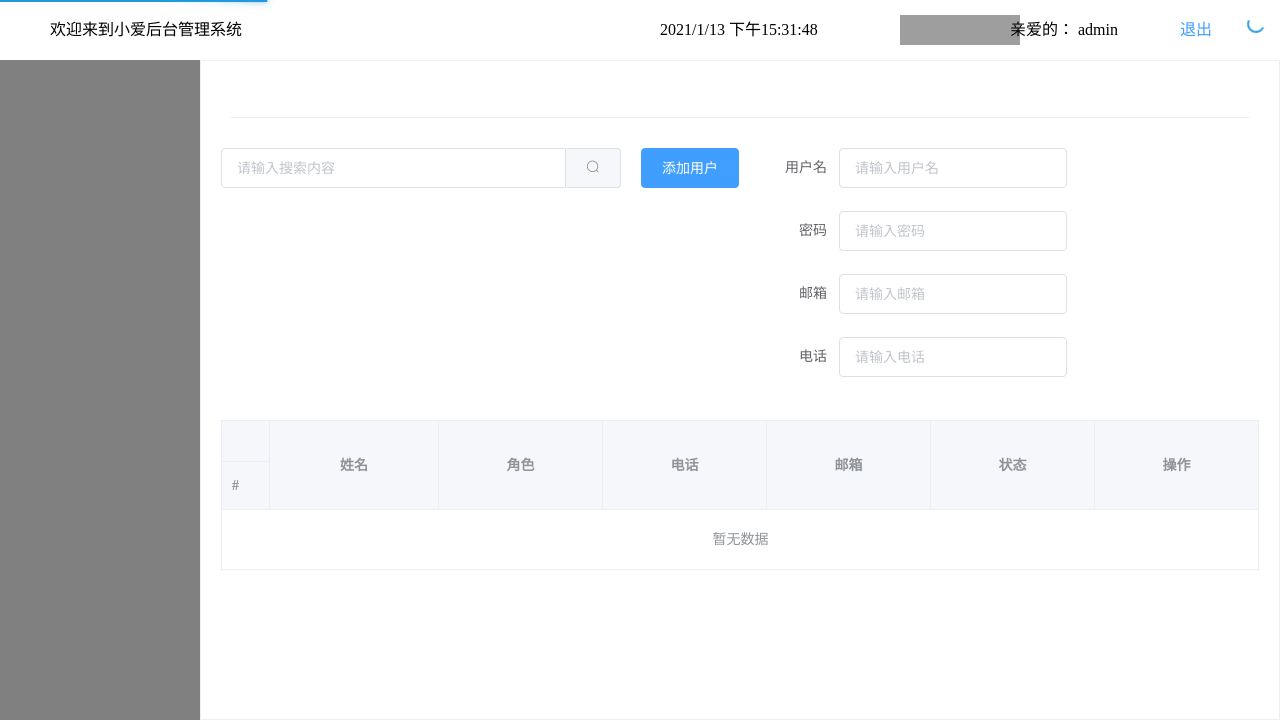
Repository: heyegang/vuex
Page: /usermanagement
An editor plug-in stored every save of this project. The page is shown before and after the next save, followed by the edit.
The browser window is 1280 px wide. The pictures show the whole page.
Pictures or frames that could not be fetched are drawn as grey boxes. The page's requests for data from a server got no answer. The project was rebuilt for these pictures with package versions that can differ from the ones it lists, and the page was loaded fresh each time. No one was signed in, and anything a server would have sent is missing. Also part of the build but not shown: vue.config.js, src/views/Home.vue, src/components/navsidebar/NavSidebar.vue.

Above is the page before, as saved 2021-01-13 16:23:18.

### src/main.js
import Vue from "vue";
import App from "./App.vue";
import router from "./router";
import store from "./store";
import ElementUI from "element-ui";
import "element-ui/lib/theme-chalk/index.css"

Vue.use(ElementUI)
Vue.config.productionTip = false;

new Vue({
  router,
  store,
  render: h => h(App)
}).$mount("#app");

### src/App.vue
<template>
  <div id="app">
    <router-view />
  </div>
</template>

<style lang="scss">
*{
  margin: 0;
  padding: 0;
}
html,body,#app{
  height: 100%;
}
</style>

### src/router/index.js
import Vue from "vue";
import VueRouter from "vue-router";
import Home from "../views/Home.vue";
import Layout from "../views/layout/Layout.vue";

Vue.use(VueRouter);

const routes = [
  {
   path:"",
  component:Layout,
  children:[{
    path: "/",
    name: "Home",
    component: Home
  },
  {
    path: "/usermanagement",
    name: "usermanagement",
    component: () => import('../views/usermanagement/UserManagement.vue')
  },

  ]},
  {
    path: "/login",
    name: "login",
    component: () => import('../views/login/Login.vue')
  },
];

const router = new VueRouter({
  mode: "history",
  base: process.env.BASE_URL,
  routes
});

export default router;

### src/store/index.js
import Vue from "vue";
import Vuex from "vuex";
import user from "./user";
import layout from "./layout";
import Administration from "./Administration/Administration"
Vue.use(Vuex);

export default new Vuex.Store({
  state: {
    // 存放数据
  },
  mutations: {
    // 同步修改state
  },
  actions: {},
  modules: {
    // 代表模块
    user,
    layout,
    Administration,
  }
});

### src/views/layout/Layout.vue
<template>
  <div>
    <el-container>
      <el-header>
        <nav-header></nav-header>
      </el-header>
      <el-container>
        <el-aside width="200px">
          <nav-sidebar :layouts='layouts' v-if='layouts.length>0'></nav-sidebar>
        </el-aside>
        <el-main>
          <nav-label></nav-label>
          <router-view></router-view>
        </el-main>
      </el-container>
    </el-container>
  </div>
</template>

<script>
import NavHeader from "../../components/navheader/NavHeader";
import NavSidebar from "../../components/navsidebar/NavSidebar";
import NavLabel from "../../components/navlabel/NavLabel";
import {createNamespacedHelpers} from 'vuex'
let userModule = createNamespacedHelpers('layout')
let {mapState: layoutState,mapActions: layoutActions} = userModule
export default {
  name: "",
  props: {},
  data() {
    return {
      sidebars:[]
    };
  },
  components: {
    NavHeader,
    NavSidebar,
    NavLabel,
  },
  methods: {
    ...layoutActions(['gettype'])
  },
  mounted() {
    this.gettype()
  },
  computed: {
    ...layoutState(['layouts'])
  },
  watch: {}
};
</script>

<style lang='scss' scoped>
.el-header,
.el-footer {
  line-height: 60px;
}

.el-aside {
  position: fixed;
  top: 60px;
  bottom: 0;
  background-color: gray;
}

.el-main {
  position: fixed;
  bottom: 0;
  right: 0;
  top: 60px;
  left: 200px;
  border: 1px solid #eeeeee;
}

body > .el-container {
  margin-bottom: 40px;
}

.el-container:nth-child(5) .el-aside,
.el-container:nth-child(6) .el-aside {
  line-height: 260px;
}

.el-container:nth-child(7) .el-aside {
  line-height: 320px;
}
</style>

### src/views/usermanagement/UserManagement.vue
<template>
  <div class="back">
    <!-- SEARCH -->
    <ai-search :data="StrSearch" :options="options">
      <template #searchs>
        <el-input
          placeholder="请输入搜索内容"
          v-model="input2"
          style="width:400px"
          :validate-event="false"
        >
          <template slot="append">
            <div @click="search">
              <i class="el-icon-search"></i>
            </div>
          </template>
        </el-input>
      </template>
      <!-- ADD -->
      <template #adds>
        <el-button type="primary" @click="TakeoutUsers">添加用户</el-button>
      </template>
      <template #btn>
        <el-button type="danger">取消</el-button>
        <el-button type="primary">确定</el-button>
      </template>
    </ai-search>

    <!-- TAB -->
    <ai-table
      :data="Administrations"
      :columns="columns"
      border
      :extend="extend"
    >
      <template #action="scope">
        <el-button type="primary" @click="edit(scope.scope)" size="mini">
          <i class="el-icon-edit"></i>
        </el-button>
        <el-button type="danger" @click="cls" size="mini">
          <i class="el-icon-delete"></i>
        </el-button>
        <el-button type="warning" @click="distribution" size="mini">
          <i class="el-icon-setting"></i>
        </el-button>
      </template>

      <template #switchs>
        <el-switch :v-model="value"> </el-switch>
      </template>
    </ai-table>
  </div>
</template>

<script>
import { createNamespacedHelpers } from "vuex";
let userModule = createNamespacedHelpers("Administration");
let { mapState: AdmState, mapActions: AdmActions } = userModule;
import AiTable from "../../components/aitable/AiTable";
import AiSearch from "../../components/aisearch/AiSearch";
export default {
  name: "",
  props: {},
  data() {
    return {
      value: true,
      pagenum: 1,
      pagesize: 5,
      query: "",
      // 表格配置项
      columns: [
        {
          label: "姓名",
          prop: "username",
          align: "center"
        },
        {
          label: "角色",
          prop: "role_name",
          align: "center"
        },
        {
          label: "电话",
          prop: "mobile",
          align: "center"
        },
        {
          label: "邮箱",
          prop: "email",
          align: "center"
        },
        {
          label: "状态",
          prop: "mg_state",
          align: "center",
          slot: "switchs"
        },
        {
          label: "操作",
          prop: "",
          align: "center",
          slot: "action"
        }
      ],
      // 序号项
      extend: [
        {
          type: "index",
          label: "#"
        }
      ],
      // 表单配置项
      options: [
        {
          // 用户名框
          // 表单类型
          type: "input",
          label: "用户名",
          prop: "username",
          placeholder:"请输入用户名",
          // 输入内容
          value: "",
          // 规则
          rules:[
            {
              // 必传
              require: true,
              // 提示
              message: "用户名不能为空",
              // 失去焦点后提交
              trigger: "blur"
            }
          ],
          // 除了props里面之外接受其他的属性

        },
        {
          // 密码框
          type: "input",
          label: "密码",
          prop: "password",
          placeholder:'请输入密码',
          value: "",
          rules: [
            {
              require: true,
              message: "密码不能为空",
              trigger: "blur"
            }
          ],
          attrs: {
            "show-password": true
          }
        },
        {
          // 邮箱框
          type: "input",
          label: "邮箱",
          prop: "email",
          placeholder:'请输入邮箱',
          value: "",
          rules: [
            {
              trigger: "blur"
            }
          ],
        },
        {
          // 电话框
          type: "input",
          label: "电话",
          prop: "mobile",
          placeholder:'请输入电话',
          value: "",
          rules: [
            {
              trigger: "blur"
            }
          ],
        },
      ],
      input2: "",
      // username: "",
      // password: "",
      // email: "",
      // mobile: ""
    };
  },
  components: {
    AiTable,
    AiSearch
  },
  methods: {
    ...AdmActions(["getusers", "getquery", "postuser"]),
    // 编辑角色
    edit(scope) {
      console.log(scope);
    },
    // 删除角色
    cls() {
      console.log(1);
    },
    // 分配角色
    distribution() {
      console.log(2);
    },
    // 搜索
    search() {
      this.getquery({
        id: this.input2
      });
      console.log(this.StrSearch);
    },
    // 添加用户
    TakeoutUsers() {
      console.log(1)
    }
    //
  },
  mounted() {
    // 获取表格数据
    this.getusers({
      query: "",
      pagenum: this.pagenum,
      pagesize: this.pagesize
    }),
      console.log(this.Administrations);
    //
  },
  computed: {
    ...AdmState(["Administrations", "StrSearch", "Add"])
  },
  watch: {}
};
</script>

<style lang='scss' scoped>
.back {
  color: black;
}
</style>

### src/store/user.js
import { Message } from "element-ui";
import api from '../http/api';
import router from '../router'

export default {
    namespaced:true,
    // 开启命名空间

    state: {
        // 存放数据
        users:[]
      },
      mutations: {
        // 同步修改state
        setUsers(state,data){
            state.users = data
        }
      },
      actions: {
        //   发请求
        // 所有的方法
        // 登录 每一个action的方法都有两个参数 第一个是store 第二个是请求的参数
        // store可以解构为commit dispatch(提交另外一个action)
        async login(_,params){
            let res = await api.login(params)
            if(res.meta.status === 200){
                // 请求成功 存用户 跳转路由 提示用户
                localStorage.setItem('user', JSON.stringify(res.data))
                localStorage.setItem('token', res.data.token)
                Message.success('登录成功')
                router.push('/')
            } else {
                Message.error(res.meta.msg)
            }
        },
        // async getUsers({commit},params){
        //     let res = await api.getUsers(params)
        //     if(res.meta.status === 200) {
        //         commit('setUsers',res.data)
        //     }else {
        //         Message.error(res.meta.msg)
        //     }
        // } ,
      },
}

### src/store/layout.js
import api from '../http/api';
import { Message } from "element-ui";



export default {
  namespaced:true,
  state: {
    // 存放数据
    layouts:[]
  },
  mutations: {
    // 同步修改state
    setLayout(state,data){
      state.layouts = data
    }
  },
  actions: {
    async gettype({commit},params){
      let res = await api.gettype(params)
      if(res.meta.status === 200){
      //  console.log(res)
        commit('setLayout',res.data)
      }else {
        Message.error(res.meta.msg)
      }
    },
  },
}

### src/store/Administration/Administration.js
import { Message } from "element-ui";
import api from '../../http/api';

export default({
  namespaced:true,

  state: {
    // 存放数据
    Administrations:[],
    StrSearch:[],
    Add:[],
  },
  mutations: {
    // 同步修改state
    setAdministration(state,data){
      state.Administrations = data
    },
    setStrSearch(state,data){
      state.StrSearch = data
    },
    setAdd(state,data){
      state.Add = data
    },
  },
  // 数据列表
  actions: {
    // 获取表格数据请求
    async getusers({commit},params){
      let res =await api.getusers(params)
      if(res.meta.status === 200) {
        console.log(res)
        commit('setAdministration',res.data.users)
      } else {
        Message.error(res.meta.msg)
      }
    },
    // 搜索请求事件
    async getquery({commit},params){
      let res =await api.getquery(params)
      if(res.meta.status === 200) {
        console.log(res)
        commit('setStrSearch',res.data)
      } else {
        Message.error(res.meta.msg)
      }
    },
    // 添加用户
    async postuser({commit},params){
      let res =await api.postuser(params)
      if(res.meta.status === 200) {
        console.log(res)
        commit('setAdd',res.data)
      } else {
        Message.error(res.meta.msg)
      }
    }
  },

})

### src/components/navheader/NavHeader.vue
<template>
  <div class="top">
      <div style="margin-left:30px;">
          欢迎来到小爱后台管理系统
      </div>
      <div class="box">
          {{times}}
      </div>
      <div class="weather">
          <div class="weather"><iframe scrolling="no" src="https://tianqiapi.com/api.php?style=yd&skin=pitaya" frameborder="0" width="100%" height="30" allowtransparency="true"></iframe></div>
    <!--获取天气-->
      </div>
      <div class="hello">
          亲爱的： admin
      </div>
      <div class="esc">
          退出
      </div>
  </div>
</template>

<script>
export default {
  name: '',
  props:{},
  data () {
    return {
      times:'',//格式化之后的当前时间
      currentTime: new Date() //当前时间
    }
  },
  components: {},
  methods: {
    getTimes(){
      setInterval(this.getTimesInterval, 1000);
    },
    getTimesInterval:function() {
      let _this = this;
      let year = new Date().getFullYear(); //获取当前时间的年份
      let month = new Date().getMonth() + 1; //获取当前时间的月份
      let day = new Date().getDate(); //获取当前时间的天数
      let hours = new Date().getHours(); //获取当前时间的小时
      let minutes = new Date().getMinutes(); //获取当前时间的分数
      let seconds = new Date().getSeconds(); //获取当前时间的秒数
      let hello = "";
      //当小于 10 的是时候，在前面加 0
      if (hours < 10) {
        hours = "0" + hours;
      }
      if (minutes < 10) {
        minutes = "0" + minutes;
      }
      if (seconds < 10) {
        seconds = "0" + seconds;
      }
      //一天中的时间
      if (hours > 6 && hours <13){
          hello = "上午";
      }
      if (hours > 13 && hours <18){
          hello = "下午";
      }
      if (hours > 18 && hours <24){
          hello = "晚上";
      }
      if (hours >0 && hours < 6){
          hello = "凌晨";
      }
      //拼接格式化当前时间
      _this.times = year + "/" + month + "/" + day + " " +hello+ hours + ":" + minutes + ":" + seconds;
    },
  },
  mounted() {
    this.getTimes()
  },
  computed: {},
  watch: {},
}
</script>

<style lang='scss' scoped>
.top{
    display: flex;
    position: relative;
    line-height: 60px;
}
.box{
    width: 220px;
    position: absolute;
    right: 380px;
    color: black;
}
.weather{
    width: 120px;
    position: absolute;
    right: 120px;
    top: 5px;
}
.hello{
    width: 120px;
    position: absolute;
    right: 130px;
}
.esc{
    width: 60px;
    position: absolute;
    right: 20px;
    color: #409EFF;
}
</style>

### src/components/navlabel/NavLabel.vue
<template>
  <div class="LabelBox">
  </div>
</template>

<script>
export default {
  name: '',
  props:{},
  data () {
    return {
    }
  },
  components: {},
  methods: {},
  mounted() {},
  computed: {},
  watch: {}
}
</script>

<style lang='scss' scoped>
.LabelBox{
  width: 98%;
  height: 36px;
  border-bottom: 1px solid #eee;
  margin-left: 1%;

}
</style>

### src/components/aitable/AiTable.vue
<template>
  <!-- <div>
    <ai-form></ai-form>
  </div> -->
    <el-table
      :border="border"
      :data="data"
      style="width: 100%"
      >
      <el-table-column v-if="extend && extend.length">
        <el-table-column
        v-for="(item) in extend"
        :key="item.type"
        :type="item.type"
        :label="item.label"
        >
        </el-table-column>
      </el-table-column>
      <el-table-column
      v-for="(item,index) in columns.slice(0, columns.length - 1)"
      :key="index"
      :label="item.label"
      :align='item.align'
      >
      <template slot-scope="scope">
        <div v-if="item.slot" :scope="scope">
          <slot :name="item.slot"></slot>
        </div>
        <div v-else>
          {{scope.row[item.prop]}}
        </div>
      </template>
      </el-table-column>


      <!-- <el-table-column :label="columns[columns.length-2].label">
        <template>
          <slot name="switchs"></slot>
        </template>
      </el-table-column> -->

      <!-- <el-table-column>
        <template slot-scope="scope">
          <slot name="action" :scope="scope"></slot>
        </template>
      </el-table-column> -->

      <el-table-column :label="columns[columns.length-1].label" align='center'>
        <template slot-scope="scope">
          <slot name="action" :scope="scope"></slot>
        </template>
      </el-table-column>
    </el-table>
</template>

<script>

export default {
  name: '',
  props:{
    data:{
      type:Array,
      required:true
    },
    columns:{
      type:Array,
      required:true
    },
    border:{
      type:Boolean,
      dafault:false,
    },
    extend:{
      type:Array,
    }
  },
  data () {
    return {

    }
  },
  components: {},
  methods: {
    action(){

    }
  },
  mounted() {},
  computed: {},
  watch: {
    // action(){
    //   return this.columns[this.columns.length-1]
    // }
  }
}
</script>

<style lang='scss' scoped>

</style>

### src/components/aisearch/AiSearch.vue
<template>
  <div class="box">
    <div>
      <slot name="searchs"></slot>
      <slot #append></slot>
    </div>
    <div class="add">
      <slot name="adds"></slot>
    </div>
    <!-- 添加弹框 -->
    <!-- 添加用户表单 -->
    <el-form
      :model="ruleForm"
      :rules="rules"
      ref="ruleForm"
      label-width="100px"
      :validate-on-rule-change='false'
    >
      <!-- key不能绑定在template中 -->
      <template v-for="(item, index) in options">
        <el-form-item :key="index" :label="item.label" :prop="item.prop">
          <!-- 生成图表 -->
          <!-- is内跟传过来的标签名：样式标签 -->
          <component
            :is="`el-${item.type}`"
            v-model="ruleForm[item.prop]"
            :placeholder="item.placeholder"
            v-bind="item.attrs"
          ></component>
        </el-form-item>
      </template>
    </el-form>
  </div>
</template>

<script>
import cloneDeep from "lodash/cloneDeep";
export default {
  name: "",
  props: {
    data: {
      type: Array,
      required: true
    },
    options: {
      type: Array,
      required: true
    }
  },
  data() {
    return {
      ruleForm: {},
      rules: {}
    };
  },
  components: {},
  methods: {
    // search(){
    //   this.getquery({
    //     id:this.input2
    //   })
    //   console.log(this.StrSearch);
    // }
    // 初始化from
    initForm() {
      let ruleForm = {};
      let rules = {};
      this.options.map(item => {
        ruleForm[item.prop] = item.value;
        rules[item.prop] = item.rules;
      }),
        (this.ruleForm = cloneDeep(ruleForm));
      this.rules = cloneDeep(rules);
      console.log(ruleForm);
      console.log(rules);
    }
  },
  mounted() {
    this.initForm();
  },
  computed: {},
  watch: {}
};
</script>

<style lang='scss' scoped>
.box {
  position: relative;
  top: 30px;
  margin-bottom: 50px;
  display: flex;
}
.add {
  margin-left: 20px;
}
</style>

### src/http/api.js
import http from './index'

export default{
     login({username,password}){
        return http.post('/login',{
            username,
            password
        })
     },
    //  getUsers({pagenum,pagesize,query}){
    //      if(query){
    //          return http.get(`/users?pagenum=${pagenum}&pagesize=${pagesize}&query=${query}`)
    //      } else {
    //          return http.get(`/users?pagenum=${pagenum}&pagesize=${pagesize}`)
    //      }

    //  },
    // 侧边导航栏
     gettype(){
         return http.get('/menus')
     },
    //  用户数据列表
     getusers({query,pagenum,pagesize}){
        if(query){
            return http.get(`/users?pagenum=${pagenum}&pagesize=${pagesize}&query=${query}`)
        } else {
            return http.get(`/users?pagenum=${pagenum}&pagesize=${pagesize}`)
        }
     },
    //  添加用户
     postuser({username,password,email,mobile}){
        return http.post(`/users`,
        username,
        password,
        email,
        mobile,
        )
     },
    //  修改用户状态请求
    // modify

    // 查询请求
    getquery(id){
        return http.get(`/users/${id}?id=${id}`)
    },
    // 编辑用户提交请求
    putedit({id,email,mobile}){
        return http.put(`/users/${id}?id=${id}&email=${email}&mobile=${mobile}`)
    },
    // 删除用户
    deluser(id){
        return http.delete( `/users/${id}?id=${id}`)
    },
    // 分配用户角色
    putroles({id,rid}){
        return http.put(`/users/${id}/role?id=${id}&rid=${rid}`)
    },
}

### src/http/index.js
import axios from 'axios'
import nprogress from 'nprogress'
import 'nprogress/nprogress.css'
import {Message} from 'element-ui'

// 需要区分当前环境是开发环境(development)还是生产环境(production)
let isPro = process.env.NODE_ENV === 'productin'

const http = axios.create({
    baseURL: isPro ? '线上接口路径':'/api',
    timeout:10000
})

// 请求拦截
http.interceptors.request.use(config =>{
    nprogress.start()
    // 配置token token是鉴权的一种方式
    // 在登陆成功后 会返回当前用户的token 存在本地
    // 可用（百度：js加密插件）加密插件加密token
    let token = localStorage.getItem('token')
    // 账号密码和token分开存
    if(token){
        config.headers.Authorization = token
    }
    return config
},err =>{
    nprogress.done()
    return Promise.reject(err)
})

// 响应拦截
http.interceptors.response.use(res => {
    nprogress.done()
    return res.data
},err => {

    // 请求失败
    let status = err.response && err.response.status
    // 状态码
    if (status === 400) {
        Message.error('参数错误')
    }
    if (status === 401) {
        Message.error('没有权限')
    }
    if (status === 403) {
        Message.error('登录过期')
    }
    if (status === 404) {
        Message.error('路径错误')
    }
    if (status === 500) {
        Message.error('服务器错误')
    }
    if (status === 403) {
        Message.error('服务器在维护')
    }
    return Promise.reject(err)
})


export default http

Loaded but not shown: public/index.html (common file)

After the next save:
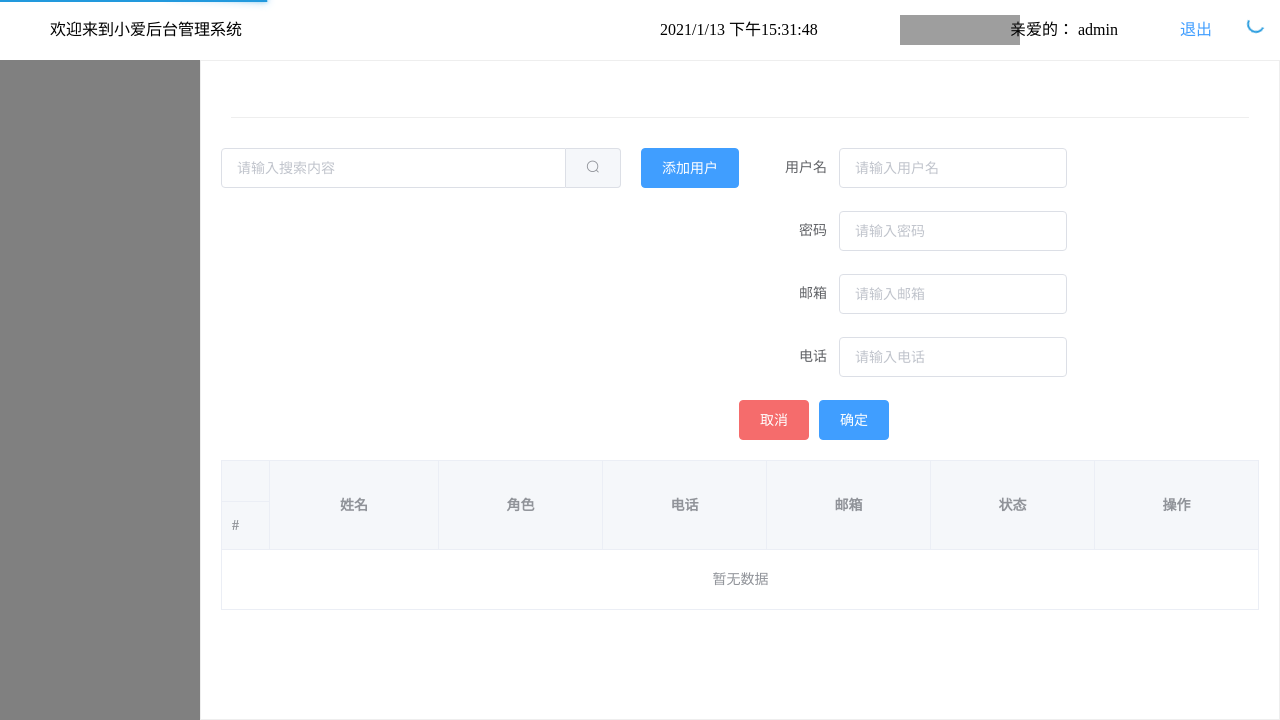
Saved 43 s later.
--- a/src/components/aisearch/AiSearch.vue
+++ b/src/components/aisearch/AiSearch.vue
@@ -28,6 +28,9 @@
             v-bind="item.attrs"
           ></component>
         </el-form-item>
+      </template>
+      <template>
+        <slot name="btn"></slot>
       </template>
     </el-form>
   </div>
